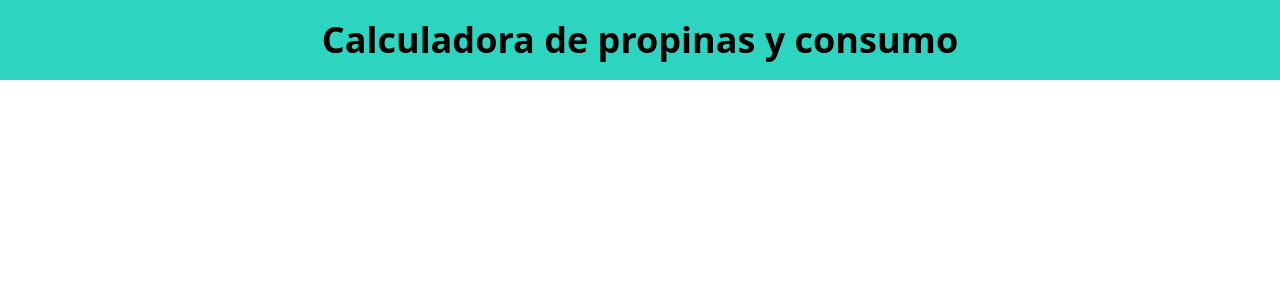
Repository: Samuel-Leal96/calculador_propinas
Page: /
These files come from the project's save history. The page is drawn as it stood at one moment and after the next save; the edit follows.
The browser window is 1280 px wide. The pictures show the whole page.
The project was rebuilt for these pictures with package versions that can differ from the ones it lists, and the page was loaded fresh each time. Also part of the build but not shown: vite.config.ts.

Above is the page before, as saved 2025-10-20 16:51:28.

### index.html
<!doctype html>
<html lang="en">
  <head>
    <meta charset="UTF-8" />
    <link rel="icon" type="image/svg+xml" href="/vite.svg" />
    <meta name="viewport" content="width=device-width, initial-scale=1.0" />
    <title>calculaora_propinas</title>
  </head>
  <body>
    <div id="root"></div>
    <script type="module" src="/src/main.tsx"></script>
  </body>
</html>

### src/App.tsx
import { menuItems } from "./data/db";

function App() {

  console.log(menuItems)

  return (
    <>
      <header className="bg-teal-400 p-5">
        <h1 className="text-center text-4xl font-black">Calculadora de propinas y consumo</h1>
      </header>
    </>
  )
}

export default App

### src/data/db.ts
import type { MenuItem } from "../types";

export const menuItems: MenuItem[] = [
    {
      "id": 1,
      "name": "Pizza a la Leña Chica",
      "price": 30
    },
    {
      "id": 2,
      "name": "Pizza a la Leña Mediana",
      "price": 50
    },
    {
      "id": 3,
      "name": "Rebanada de Pay de Limón",
      "price": 30
    },
    {
      "id": 4,
      "name": "Rebanada de Pastel de Chocolate",
      "price": 30
    },
    {
      "id": 5,
      "name": "Jugo de Naranja",
      "price": 15
    },
    {
      "id": 6,
      "name": "Pizza a la Leña Grande",
      "price": 70
    },
    {
      "id": 7,
      "name": "Rib Eye 800g",
      "price": 100
    },
    {
      "id": 8,
      "name": "Jugo de Naranja",
      "price": 15
    },
    {
      "id": 9,
      "name": "Tequila",
      "price": 40
    },
    {
      "id": 10,
      "name": "Rebanada de Pay de Queso",
      "price": 30
    },
    {
      "id": 11,
      "name": "Café Americano",
      "price": 20
    },
    {
      "id": 12,
      "name": "Café Capuchino",
      "price": 40
    }
]

Loaded but not shown: src/main.tsx (common file); src/index.css (common file); tailwind.config.js (common file)

After the next save:
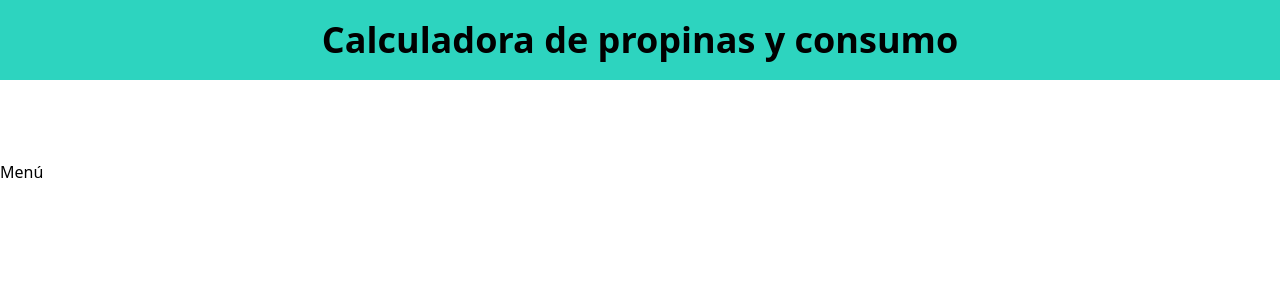
Saved 6 min 18 s later.
--- a/src/App.tsx
+++ b/src/App.tsx
@@ -9,6 +9,11 @@ function App() {
       <header className="bg-teal-400 p-5">
         <h1 className="text-center text-4xl font-black">Calculadora de propinas y consumo</h1>
       </header>
+
+      <main className="max-w-7xl mx-auto py-20 grid grid-cols-2 gap-10">
+        <h2>Menú</h2>
+
+      </main>
     </>
   )
 }
